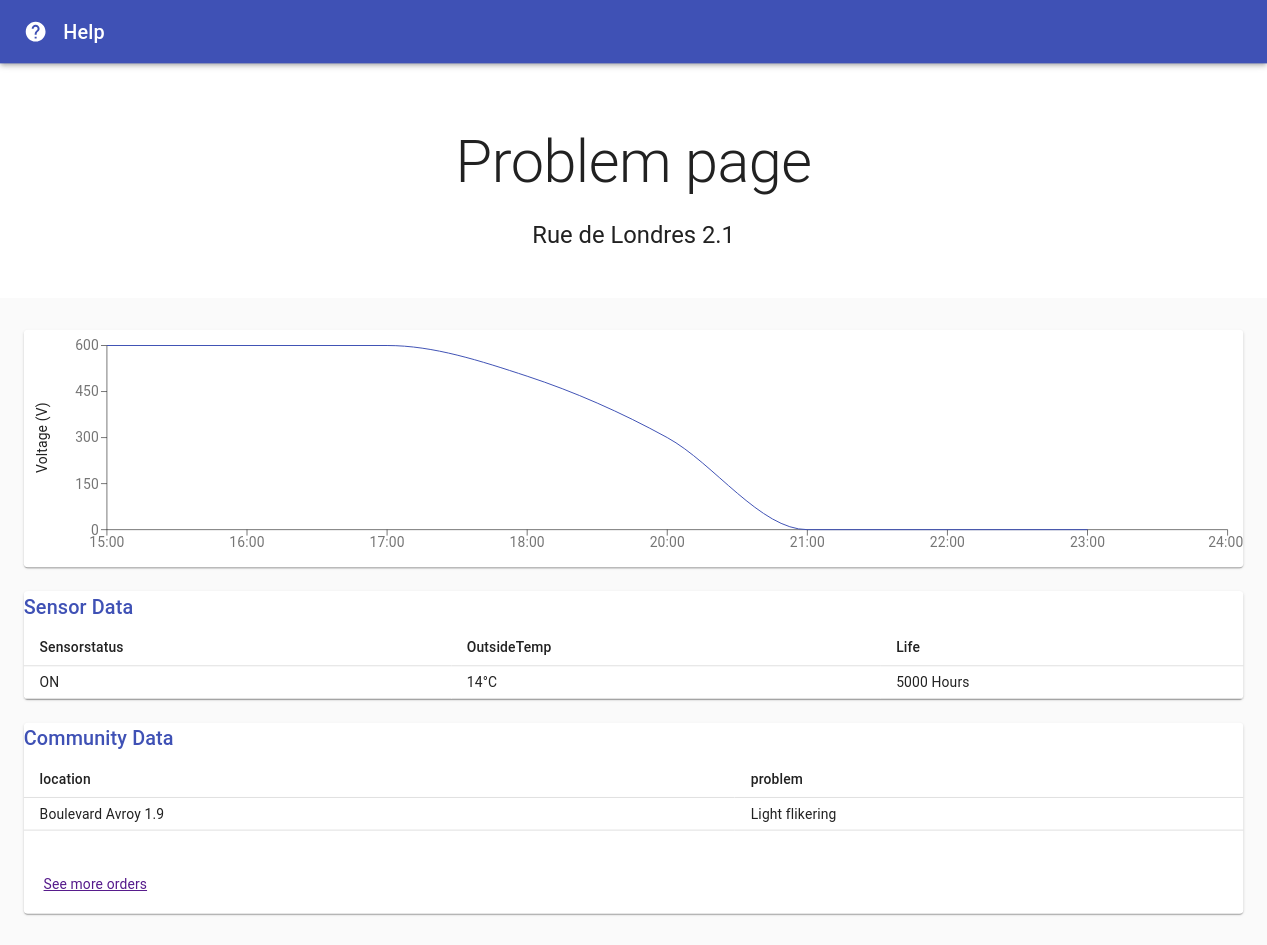
Repository: sapbrussels/intelligenthighway_webapp
Page: /Problempage (app in router/)
An editor plug-in stored every save of this project. The page is shown before and after the next save, followed by the edit.
The browser window is 1280 px wide. The pictures show the whole page, at 99% of full size.
The project was rebuilt for these pictures with package versions that can differ from the ones it lists, and the page was loaded fresh each time. Also part of the build but not shown: router/src/App.css, router/src/Login.js, router/src/Maps.js, router/src/Jobspage.js, router/src/Direction.js, router/src/Maintenance.js, router/src/Help.js.

Above is the page before, as saved 2020-03-31 15:34:45.

After the next save:
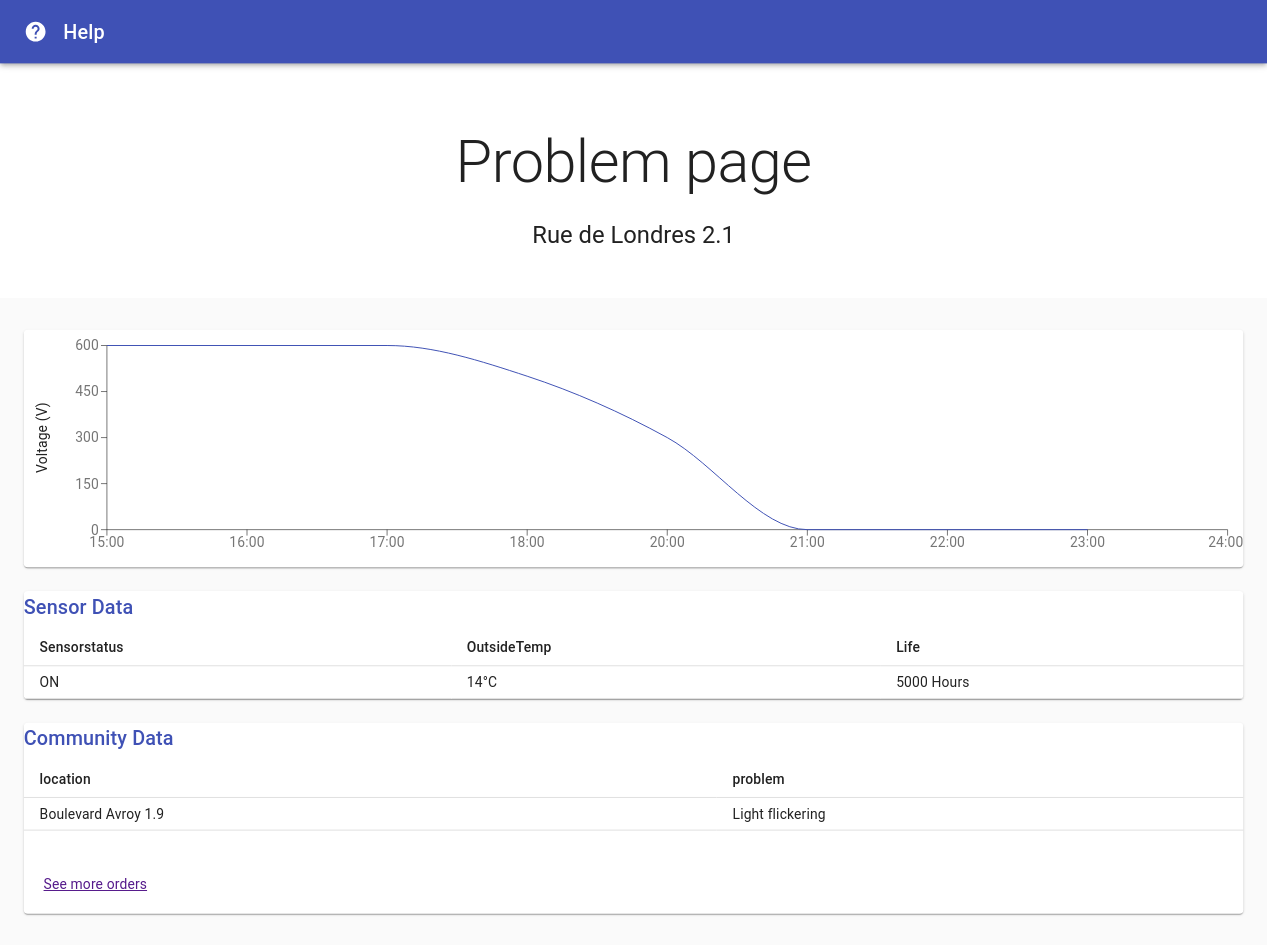
Saved 43 s later.
--- a/router/src/CommunityData.js
+++ b/router/src/CommunityData.js
@@ -14,7 +14,7 @@
 }
 
 const rows = [
-    createData(0, 'Boulevard Avroy 1.9', 'Light flikering'),
+    createData(0, 'Boulevard Avroy 1.9', 'Light flickering'),
 ]
 
 function preventDefault(event) {
